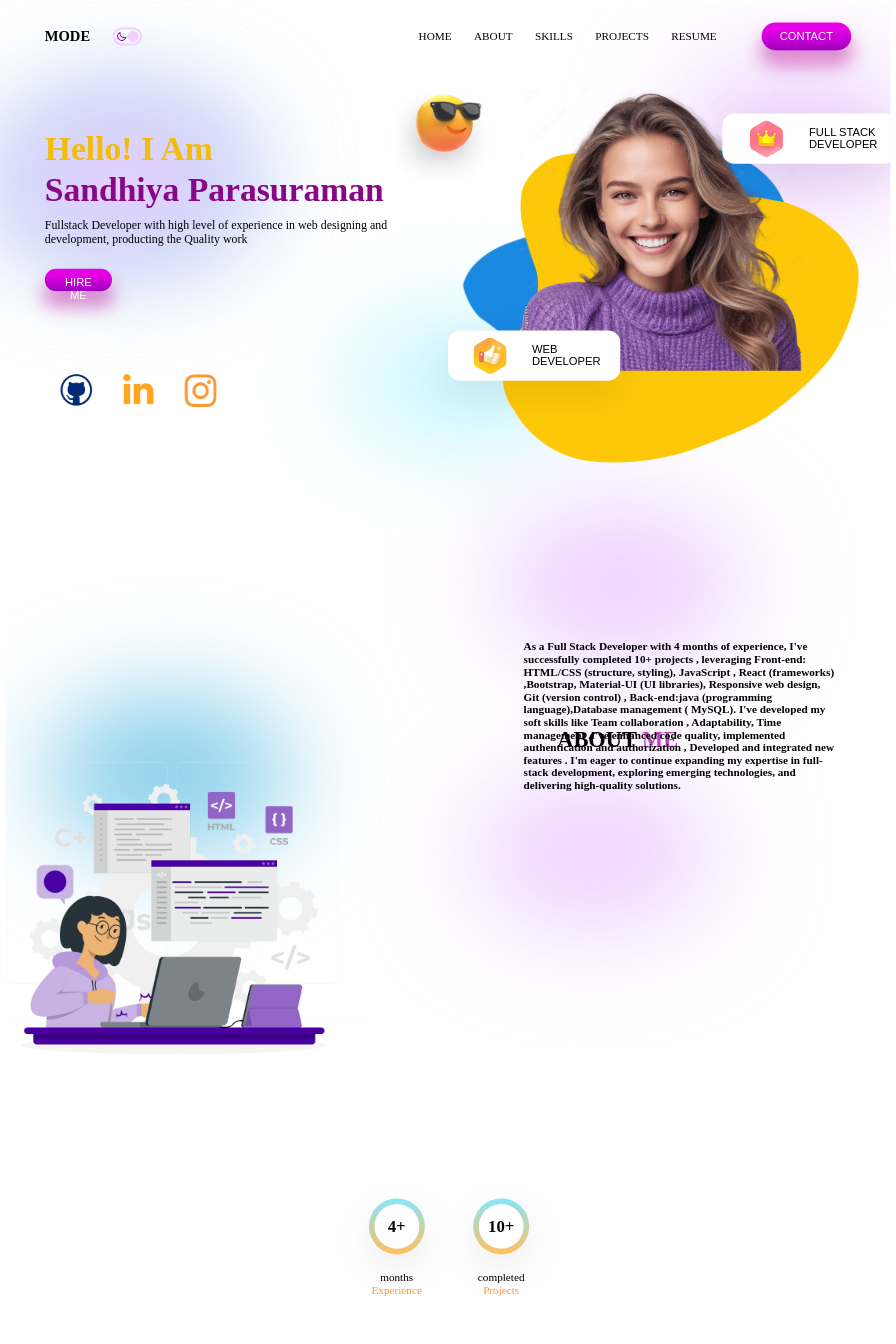
Repository: glorysandy/Protfolio
Page: /
These files come from the project's save history. The page is drawn as it stood at one moment and after a run of saves; the edit follows.
The browser window is 1280 px wide. The pictures show the part of the page from y = 0 to 1920 px (the page is 4881 px tall), at 70% of full size.
The project was rebuilt for these pictures with package versions that can differ from the ones it lists, and the page was loaded fresh each time. Imported but missing from the stored project, and not drawn on this page: src/components/Services/SANDHIYA.P (RESUME).pdf.

Above is the page before, as saved 2024-10-16 21:48:21.

### src/components/Navbar/Navbar.jsx
import React from "react";
import Toggle from "../Toggle/Toggle";
import "./Navbar.css";
import { Link } from "react-scroll";
const navbar = () => {
  return (
    <div className="n-wrapper" id="Navbar">
      {/* left */}
      <div className="n-left">
        <div className="n-name">MODE</div>
        <Toggle />
      </div>
      {/* right */}
      <div className="n-right">
        <div className="n-list">
          <ul style={{ listStyleType: "none" }}>
            <li>
              <Link activeClass="active" to="Navbar" spy={true} smooth={true}>
                HOME
              </Link>
            </li>
            <li>
              <Link to="testimonial" spy={true} smooth={true}>
                ABOUT
              </Link>
            </li>
            <li>
              <Link to="works" spy={true} smooth={true}>
                SKILLS
              </Link>
            </li>
            <li>
              <Link to="portfolio" spy={true} smooth={true}>
                PROJECTS
              </Link>
            </li>
            <li>
              <Link to=" services" spy={true} smooth={true}>
                RESUME
              </Link>
            </li>
          </ul>
        </div>
        <Link to="contact" spy={true} smooth={true}>
        <button className="button n-button">CONTACT</button>
        </Link>
      </div>
    </div>
  );
};

export default navbar;

### src/components/Testimonials/Testimonial.jsx
import React from "react";
import "./Testimonial.css";
import back from  "../../img/Hand coding-rafiki.png";

const Testimonial = () => {

  return (
    <div className="t-wrapper" id="testimonial">
      <div className="t-heading" style={{marginLeft:"95vh" ,marginTop:"35vh"}}>
        <span>ABOUT </span>
        <span>ME </span>
      <div className="blur t-blur1" style={{ background: "var(--purple)" }}></div>
      <div className="blur t-blur2" style={{ background: "skyblue" }}></div>
      <div className="blur t-blur3" style={{ background: "voilet" }}></div>
       <div className="t-back"  >
       <img
          src={back}
          alt=""
        />
</div> <div className="t-sen" style={{fontSize:"1rem",fontWeight: "7rem",  position: "absolute", marginTop: "-100vh" ,marginLeft: "-48px",marginRight: "18px"
}}> <span>As a Full Stack Developer with 4 months of experience, I've   successfully completed 10+ projects , leveraging Front-end:  HTML/CSS (structure, styling), JavaScript , React (frameworks) ,Bootstrap, Material-UI (UI libraries), Responsive web design, Git (version control)
, Back-end:java (programming language),Database management ( MySQL). I've developed my soft skills like Team collaboration , Adaptability, Time management .I've enhanced code quality, implemented authentication   and authorization
,  Developed and integrated new features
. I'm eager to continue expanding my expertise in full-stack development, exploring emerging technologies, and delivering high-quality solutions.</span></div> </div>

<div className="head"> <span> ABOUT ME</span></div>

    <div className="dup">
    <span>As a Full Stack Developer with 4 months of experience, I've   successfully completed 10+ projects , leveraging Front-end:  HTML/CSS (structure, styling), JavaScript , React (frameworks) ,Bootstrap, Material-UI (UI libraries), Responsive web design, Git (version control)
, Back-end:java (programming language),Database management ( MySQL). I've developed my soft skills like Team collaboration , Adaptability, Time management .I've enhanced code quality, implemented authentication   and authorization
,  Developed and integrated new features
. I'm eager to continue expanding my expertise in full-stack development, exploring emerging technologies, and delivering high-quality solutions.</span>


      </div>

       </div>

  );
};

export default Testimonial;

### src/components/Experience/Experience.jsx
import React, { useContext } from "react";
import { themeContext } from "../../Context";
import "./Experience.css";
const Experience = () => {
  const theme = useContext(themeContext);
  const darkMode = theme.state.darkMode;

  return (
    <div className="experience" id='experience'>
      <div className="achievement">
        {/* darkMode */}
        <div className="circle" style={{color: darkMode?'var(--orange)':''}}>4+</div>
        <span  style={{color: darkMode?'white':''}}>months </span>
        <span>Experience</span>
      </div>
      <div className="achievement">
        <div className="circle" style={{color: darkMode?'var(--orange)':''}}>10+</div>
        <span  style={{color: darkMode?'white':''}}>completed </span>
        <span>Projects</span>
      </div>
    </div>
  );
};

export default Experience;

### src/components/Portfolio/Portfolio.jsx
import React, { useContext } from "react";
import "./Portfolio.css";
import { Swiper, SwiperSlide } from "swiper/react"
import "swiper/css";
import pro from "../../img/pro 1 copy.jpg";
import pro2 from "../../img/pro2.jpg";
import HOC from "../../img/hoc.png";
import pro3 from "../../img/pro3.jpg";
import { themeContext } from "../../Context";

const Portfolio = () => {
  const theme = useContext(themeContext);
  const config ={
    social:{
      pro1:'https://project-1-nerolac.vercel.app/',
      pro2:'https://rock-paper-scissors-phi-puce.vercel.app/',
      pro3:'https://sliding-puzzle-jade.vercel.app/',
    }
}

  const darkMode = theme.state.darkMode;
  return (
    <div className="portfolio" id="portfolio">
            <div className="blur t-blur2" style={{ background: "skyblue" }}></div>
      <div className="blur t-blur2" style={{ background: "voilet" }}></div>

      {/* heading */}
      <span style={{color: darkMode?'white': ''}}>Recent Projects</span>
      <span>Portfolio</span>



      {/* slider */}
      <Swiper
        spaceBetween={30}
        slidesPerView={3}
        grabCursor={true}
        className="portfolio-slider"
      ><div className="silde">


        <SwiperSlide>
          <div >
       <a href={config.social.pro1}  ><img src={pro} alt="" /></a>
          </div>
        </SwiperSlide>
        <SwiperSlide>
          <div>
          <a href={config.social.pro2}  ><img src={pro2} alt="" /></a>
          </div>
        </SwiperSlide>
        <SwiperSlide>
        <div>
        <a href={config.social.pro3}  ><img src={pro3} alt="" /></a>
        </div>
        </SwiperSlide>
        <SwiperSlide>
          <div>

          </div>
          <img src={HOC} alt="" />
        </SwiperSlide></div>
      </Swiper>

    </div>
  );
};

export default Portfolio;

### src/components/Contact/Contact.jsx
import React, { useContext, useRef, useState } from "react";
import "./Contact.css";
import emailjs from '@emailjs/browser';
import { themeContext } from "../../Context";

const Contact = () => {
  const theme = useContext(themeContext);
  const darkMode = theme.state.darkMode;
  const form = useRef();
  const [done, setDone] = useState(false)
  const sendEmail = (e) => {
    e.preventDefault();

    emailjs
      .sendForm(
        "service_y60teja",
        "template_4kj4n7i",
        form.current,
        "ORKOyUiaYznGkr2zZ"
      )
      .then(
        (result) => {
          console.log(result.text);
          setDone(true);
          form.reset();
        },
        (error) => {
          console.log(error.text);
        }
      );
  };

  return (
    <div className="contact-form" id="contact">
      {/* left side copy and paste from work section */}

      <div className="w-left">
        <div className="awesome">
          {/* darkMode */}
          <span style={{color: darkMode?'white': ''}}>Get in Touch</span>
          <span style={{color:"purple"}}>Contact me</span>
          <div
            className="blur s-blur1"
            style={{ background: "#ABF1FF94" }}
          ></div>
        </div>
      </div>
      {/* right side form */}
      <div className="c-right">
        <form ref={form} onSubmit={sendEmail}>
          <input type="text" name="user_name" className="user"  placeholder="NAME"/>
          <input type="email" name="user_email" className="user" placeholder="EMAIL"/>
          <textarea name="message" className="user" placeholder="MESSAGE"/>
          <input type="submit" value="Send" className="button"/>
          <span className="c-t">{done && "Thanks for Contacting me"}</span>
          <div
            className="blur c-blur1"
            style={{ background: "var(--purple)" }}
          ></div>
        </form>
      </div>
      </div>

  );
};

export default Contact;

### src/components/Footer/Footer.jsx
import React from "react";
import "./Footer.css";
import Git from "../../img/git3.png";
import ins from "../../img/mylink.png";
import end from "../../img/end.png";
import wave2 from "../../img/AdobeStock_559187959 copy.png";

const Footer = () => {

  const config ={
    social:{
      Github:'https://github.com/glorysandy',
      LinkedIn:'https://www.linkedin.com/in/sandhiya-parasuraman-822719298/',

    }
}


  return (
    <div className="footer">
     <img src={wave2} alt="" style={{ width: "100%", height: "80%",  marginTop:"-2vh"}} />

     <div className="blur t-blur1" style={{ background: "var(--purple)" }}></div>
      <div className="blur t-blur2" style={{ background: "var(--purple)" }}></div>
      <div className="f-content"  >
        <div>        <span > EMAIL ID: samuve0842@gmail.com</span> <br></br> <br></br> <br></br>
        <span>PHONE NO: 9043545860</span>
        </div>
        <div className="f-back"  >
       <img
          src={end}
          alt=""
        />
        </div>

        <div className="f-icons" >

          <a href={config.social.LinkedIn} ><img src={ins} alt="" /></a>
          <a href={config.social.Github}><img src={Git} alt=""/></a>
        </div>

      </div>
      </div>
  );
};

export default Footer;

### src/components/Toggle/Toggle.jsx
import React, { useContext } from "react";
import "./Toggle.css";
import Moon from "@iconscout/react-unicons/icons/uil-moon";
import Sun from "@iconscout/react-unicons/icons/uil-sun";
import { themeContext } from "../../Context";

const Toggle = () => {
  const theme = useContext(themeContext);
  const darkMode = theme.state.darkMode;
  const handleClick = () => {
    // debugger
    theme.dispatch({ type: "toggle" });
  };
  return (
    <div className="toggle" onClick={handleClick}>
      <Moon />
      <Sun />
      {/*                              toggle.css mein left ki property aik assign hy ussy delete
                                          krna hy pehly */}
      <div
        className="t-button"
        style={darkMode ? { left: "2px" } : { right: "2px" }}
      ></div>
    </div>
  );
};

export default Toggle;

### src/components/Navbar/Navbar.css
.n-wrapper {
  height: 10vh;
  display: flex;
  justify-content: space-between;
  margin-bottom: 2rem;
  top: 0;
}
.n-left {
  flex: 1;
  align-items: center;
  justify-content: left;
  display: flex;
  gap: 2rem;

}
.n-name {
  font-size: 1.3rem;
  font-weight: bold;
}
.n-right {
  flex: 1;
  display: flex;
  align-items: center;
  justify-content: flex-end;
  font-weight: 400;

}
.n-right :hover{
  color: rgb(165, 0, 137);


}
.n-list {
  flex: 10;
}
.n-list > ul {
  display: flex;
  gap: 2rem;
  margin-right: 4rem;
}

.n-list > ul :hover {
  color: var(--orange);
  cursor: pointer;


}

.n-button {
  flex: 2;

}

@media screen and (max-width: 480px) {
  .n-list {
    display: none;
  }
}

### src/components/Intro/Intro.css
.Intro {
  display: flex;
  height: 77vh;
  margin-top: 6rem;
}

/* left side styling */
.i-left {
  display: flex;
  position: relative;
  flex: 1;
  flex-direction: column;
  gap: 2rem;
}
.i-name {
  display: flex;
  flex-direction: column;
  gap: 0.25rem;
}
.i-name > :nth-child(1) {
  color: rgb(243, 188, 6);
  font-weight: bold;
  font-size: 3rem;
}
.i-name > :nth-child(2) {
  color: rgb(136, 7, 136);

  font-weight: bold;
  font-size: 3rem;
}
.i-name > :nth-child(3) {
  font-weight: 100;
  font-size: 17px;
  color: var(--gray);
  margin-top: 10px;
}
.i-button {
  width: 6rem;
  height: 2rem;

}
.i-button:hover{
  color: rgb(121, 1, 101);
  background-color: rgb(226, 80, 255);
  box-shadow: 0 0 20px rgb(255, 53, 238);

}
.i-icons {
  margin-top: 3rem;
  display: flex;
  gap: 0rem;
}
.i-icons > * {
  transform: scale(0.5);
}
.i-icons > *:hover {
  cursor: pointer;
  color: rgb(121, 1, 101);
  background-color: rgb(226, 80, 255);
  box-shadow: 0 0 20px rgb(255, 53, 238);


}
/* right side styling */
.i-right {
  flex: 1;
  position: relative;
}
.i-right > * {
  position: absolute;
  z-index: 1;
}
.i-right > :nth-child(1) {
  transform: scale(0.69);
  left: -15%;
  top: -9%;
}
.i-right > :nth-child(2) {
  top: -4.6rem;
  transform: scale(0.67);
  left: -3rem;
}
.i-right > :nth-child(3) {
  transform: scale(1.4);
  width: 18rem;
  height: 18rem;
  left: 28%;
}
.i-right > :nth-child(4) {
  transform: scale(0.62);
  top: -19%;
  left: -24%;
  border-radius: 50%;
  padding: 0;
}

/* blur */
.blur {
  position: absolute;
  width: 22rem;
  height: 14rem;
  border-radius: 50%;
  background: #edd0ff;
  filter: blur(212px);
  z-index: -9;
  top: -18%;
  left: 56%;
  filter: blur(72px);
}

@media screen and (max-width: 480px) {
  .Intro {
    flex-direction: column;
    gap: 7rem;
    height: 64rem;
  }

  .i-right {
    transform: scale(0.8);
    left: -3rem;
  }
  .i-right .blur {
    display: none;
  }
  .floating-div:nth-of-type(1){
    /* display: none; */
    top: -7rem !important;;
  }
}

### src/components/Testimonials/Testimonial.css
.t-wrapper{
    padding:  0 3rem 0 3rem;;
    height: 100vh;
    display: flex;
    align-items: center;
    justify-content: center;
    margin-top: 7rem;
    flex-direction: column;
    gap: 2rem;
    position: relative;


}
.t-heading{
    align-self: start;

}
.t-heading>*{
    font-size: 2rem;
    font-weight: bold;

}
.t-heading span:nth-of-type(2){
    color: rgba(170, 0, 170, 0.733);
}
.head{
    margin-left: -90vh;
    margin-top: -1rem;
    font-size: 20vh;
    color: purple;
    font-weight: bold;
    display: none;
}
.t-blur1{
    left: 38rem;
    top: 16rem;
}
.t-blur2{
    top: 9rem;
    left: 0;
}
.t-back{
    display: flex;
    position: relative;
    width: 35rem;
    height:35rem;
    left:-115vh;
    top:-3rem;
}
.t-sen{
font-size:1.6rem;
font-family: 'Times New Roman', Times, serif;
}
.t-sen:hover{
cursor: pointer;
color: rgb(121, 1, 101);
box-shadow: 0 0 20px rgb(255, 53, 238);
padding: 0.7rem;
border-radius: 5px;
}
.dup{
    display: none;

}
.dup{
    cursor: pointer;
    color: rgb(121, 1, 101);
    box-shadow: 0 0 20px rgb(255, 53, 238);
    padding: 0.7rem;
    border-radius: 5px;

}
@media screen and (max-width: 480px) {

    .t-back{
        flex-direction: column;
        transform: scale(0.6);
        margin-left:  -115px;
        gap:5rem;
        height: 64rem;
        margin-top: -70vh;
        position: relative;
    }
    .head{
        margin-top: -300vh;
        display: flex;
        margin-left: -20px;
    font-size: 20rem;
    font-weight: bolder;
    }
    .dup  {

        display: flex;
        margin-top: 4vh;
        transform: scale(1.0);
        border: 5px solid purple;
        color: black;
        width: 65vh;
        justify-content: start;
    }
    .c-t{
        transform: scale(0.7);
        margin-top: -2rem;
    }
}

### src/components/Experience/Experience.css
.experience {
  display: flex;
  align-items: center;
  justify-content: center;
  gap: 5rem;
  height: 30vh;
  margin-bottom: 8rem;
  /* darkmode */
  color: var(--black);
  margin-top: 15vh;
}
.achievement{
    display: flex;
    flex-direction: column;
    align-items: center;
}
.circle {

    width: 4rem;
    height: 4rem;
    background: white;
    border-radius: 100%;
    position: relative;
    display: flex;
    align-items: center;
    justify-content: center;
    font-size: 1.5rem;
    font-weight: bold;
    margin-bottom: 2rem;
}
.circle::before {
    border-radius: 100%;
    content: '';
    background-image: linear-gradient(to bottom, #87e6fb 0%, #ffc05c 100%);
    top: -8px;
    left: -8px;
    bottom: -8px;
    right: -8px;
    position: absolute;
    z-index:-1;
    box-shadow: var(--boxShadow);
}

.achievement span:nth-of-type(2){
    color: var(--orange);
}


@media screen and (max-width: 480px) {
    .experience{
        transform: scale(0.7);
        margin-top: 7rem;
    }
}

### src/components/Portfolio/Portfolio.css
.portfolio {
  display: flex;
  align-items: center;
  justify-content: center;
  flex-direction: column;
  height: 70vh;
margin-top: 3rem;;
}
/* heading */
.portfolio span:nth-of-type(1) {
  color: var(--black);
  font-size: 2rem;
  font-weight: bold;
}

.portfolio span:nth-of-type(2) {
  color: purple;
  font-size: 2.5rem;
  font-weight: bold;
}

/* slider */
.portfolio .swiper{
    overflow: visible!important;
}

.portfolio-slider {
  margin-top: 6rem;
  width: 100%;
}

.portfolio-slider .swiper-slide {
  width: 20rem;
}
.portfolio img {
  width: 19rem;
  filter: drop-shadow(-12px 15px 13px rgba(0, 0, 0, 0.25));
  border-radius: 19px;
}
.slide{
  cursor: pointer;
  background-color: rgb(1, 12, 22);
}
.s-blur2 {
  left: 14rem;
  top: 8rem;
}

.s-blur1 {
  top: 13rem;
  left: -18rem;
}

### src/components/Services/Services.css
.services {
  padding: 0 3rem 0 3rem;
  display: flex;
  height: 30rem;
  margin-bottom: 8rem;
  margin-top: 5rem;
  margin-bottom: 13rem;
  /* scroll view */
  padding-top: 3rem;
}
/* left side */
.awesome {
  display: flex;
  flex-direction: column;
  position: relative;
  /* gap: 20px; */
}

.awesome > :nth-child(1) {
  color: var(--black);
  font-size: 2.5rem;
  font-weight: bold;
}
.awesome > :nth-child(2) {
  color: purple;
  font-size: 2.5rem;
  font-weight: bold;
}
.awesome > :nth-child(3) {
  color: var(--gray);
  font-size: 14px;
  margin-top: 1rem;
}
.s-back{
  display: flex;
  position: relative;
  height: 80vh;
  width: 80vh;
  margin-left: -130px;
  margin-top: -3rem;
}

.s-button {
  width: 10rem;
  height: 2.4rem;
  margin-top: -0.3rem;
font-weight: 600;
}
/* right sided */
.cards {
  position: relative;
  left: 32vh;
}
.cards > * {
  position: absolute;
}

/* blur */
.s-blur2 {
  left: 14rem;
  top: 8rem;
}

.s-blur1 {
  top: 13rem;
  left: -18rem;
}

@media screen and (max-width: 480px) {
  .services {
    margin-top: 4rem;
    flex-direction: column;
    gap: 5rem;
    height: 66rem;
    padding: 2px;
  }
.s-back{
  transform: scale(0.8);
  padding: 1rem;
}
  .cards {
    display: flex;
    flex-direction: column;
    gap: 17rem;
  }
  .cards > * {
    position: static;
  }
  .s-button{
    justify-content: center;
    margin-left: 4rem;
  }
}

### src/components/Contact/Contact.css
.contact-form{
    padding: 0 3rem 0 3rem;
    display: flex;
    height: 80vh;
    margin-top: 1rem;
      /* scroll */
  padding-top: 3rem;
}


.c-right{
    display: flex;
    justify-content: center;
    position: relative;
    flex: 1;
}

.c-right>form
{
    display: flex;
    flex-direction: column;
    gap: 2rem;
    align-items: center;

}

.c-right .user{
    width: 20rem;
    height: 2rem;
    padding: 0.3em;
    outline: none;
    border: 4px solid purple;
    border-radius: 8px;
    font-size: 16px;

}

.user:hover{
    border: 4px solid purple ;
    background-color: rgb(245, 194, 255);
    box-shadow: 0 0 20px rgb(255, 170, 248);
cursor: pointer;
}
textarea{
    height: 4rem!important;
}

.c-blur1{
    top: 1rem;
    left: 8rem;
}

@media screen and (max-width: 480px) {
    .contact-form{
        padding: 1rem;
        flex-direction: column;
        gap: 5rem;
        height: 40rem;
        margin-top: 20rem;
    }
    .c-right .user{
        width: 16rem;
    }

}

### src/components/Footer/Footer.css
.footer {
  display: flex;
  align-items: center;
  margin: -0.5rem -3.5rem;
  position: relative;
  margin-top: -7rem;

}

.f-content {
  position: absolute;
  display: flex;
  align-items: center;
  justify-content: center;
  flex-direction: column;
  width: 100%;
  margin-top: 2rem;
  gap: 4rem;
  color: rgb(143, 0, 143);
  font-weight: 700;
  font-size: 10rem;
}
.f-ip{
  display: flex;
  position: relative;
  width: 5rem;
  height:5rem;

}
.f-icons {
  display: flex;
  gap: 2rem;
  margin-top: -3rem;
  margin-left: -60px;
}
.f-icons:hover{
color:rgb(254, 255, 176);
cursor: pointer;
}
.f-back{
  position: absolute;
  margin-left: -120vh;
  margin-top: -6rem;
}
@media screen and (max-width: 480px){
  .footer{
    margin-top: -8rem;
  }
  .f-content{
    transform: scale(.5);
    margin-left: 20px;
    margin-top: -0.5rem;


  }
  .f-back{
    transform: scale(0.65);
   margin-left: -570px;
  }
}

### src/components/Toggle/Toggle.css
.toggle{
    display: flex;
    justify-content:space-between;
    border: 3px solid var(--purple);
    border-radius: 1rem;
    position: relative;
    padding: 2px;
    cursor: pointer;

}
.toggle>*{
    width: 1rem;
    height: 1rem;
    color: purple;
}
.t-button{
    border-radius: 100%;
    background: var(--purple );
    position: absolute;
}
.t-button:hover{
    background: linear-gradient(180deg, #e600e6 26.71%, #9f00be 99.36%);
    box-shadow: 0px 20px 24px 3px rgba(184, 0, 144, 0.42);

}

### src/components/Card/Card.css
.card {
  width: 10rem;
  height: 13rem;
  position: absolute;
  display: flex;
  flex-direction: column;
  gap: 1rem;
  align-items: center;
  width: 10rem;
  text-align: center;
  background: rgba(255, 255, 255, 0.26);
  border: 8px solid rgba(150, 0, 150, 0.815);
  box-shadow: var(--boxShadow);
  border-radius: 20px;
  padding: 0px 26px 2rem 26px;
}
.card span:nth-of-type(2) {
  color: var(--gray);
  font-size: 16px;
}
.card > img {
  transform: scale(0.6);
  margin-bottom: -2rem;
}
.c-button {
    background: #FFFFFF;
    box-shadow: 0px 19px 60px rgba(0, 0, 0, 0.08);
    border-radius: 7px;
    border: none;
    padding: 10px;
    font-size: 16px;
    color: #5290FD;
}

.c-button:hover{
    transform: scale(1.1);
    cursor: pointer;
}
/* cards */




@media screen and (max-width: 480px){
  .card{
    width: 240px;
    margin-left: -140px;
    justify-content: center;
    padding: 1 rem;
  }
}

Loaded but not shown: public/index.html (common file); src/index.js (common file); src/App.js (common file); src/Context.js (common file); src/App.css (common file); src/components/FloatingDiv/FloatingDiv.jsx (common file); src/components/Card/Card.jsx (common file); src/components/FloatingDiv/FloatingDiv.css (common file); src/components/Intro/Intro.jsx (109 lines, source omitted); src/components/Works/Works.jsx (95 lines, source omitted); src/components/Services/Services.jsx (95 lines, source omitted); src/components/Works/Works.css (150 lines, source omitted)

After the next 2 saves:
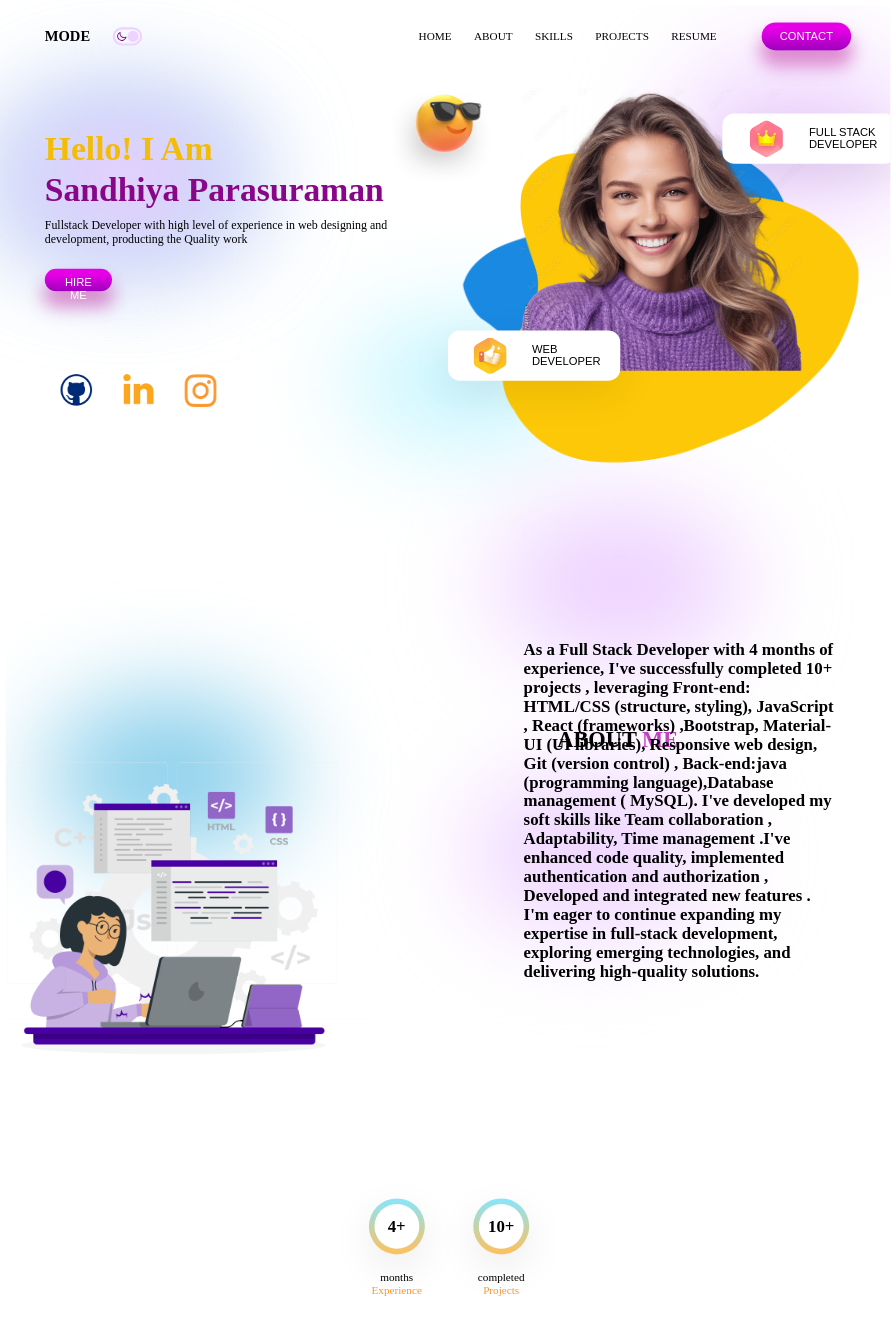
The 2 saves are shown as one change because they came seconds apart.
The last was saved 11 s later.
--- a/src/components/Testimonials/Testimonial.jsx
+++ b/src/components/Testimonials/Testimonial.jsx
@@ -17,7 +17,7 @@ const Testimonial = () => {
           src={back}
           alt=""
         />
-</div> <div className="t-sen" style={{fontSize:"1rem",fontWeight: "7rem",  position: "absolute", marginTop: "-100vh" ,marginLeft: "-48px",marginRight: "18px"
+</div> <div className="t-sen" style={{fontSize:"1.5rem",fontWeight: "7rem",  position: "absolute", marginTop: "-100vh" ,marginLeft: "-48px",marginRight: "18px"
 }}> <span>As a Full Stack Developer with 4 months of experience, I've   successfully completed 10+ projects , leveraging Front-end:  HTML/CSS (structure, styling), JavaScript , React (frameworks) ,Bootstrap, Material-UI (UI libraries), Responsive web design, Git (version control)
 , Back-end:java (programming language),Database management ( MySQL). I've developed my soft skills like Team collaboration , Adaptability, Time management .I've enhanced code quality, implemented authentication   and authorization
 ,  Developed and integrated new features
